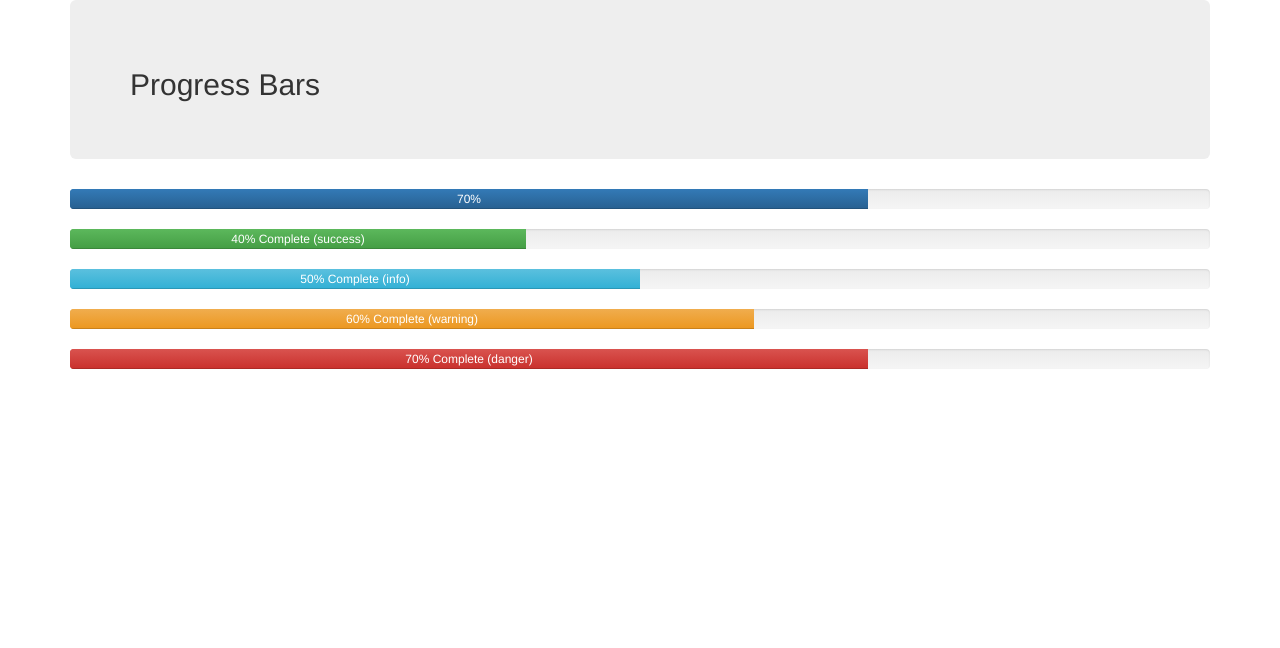
Repository: jksfoTemp/html-css-js
Page: -HTML5/bootstrap/progressbars.html
The author's editor kept a record of every edit. The page is drawn from the files as they stood at one moment, then again after the next edit.
The browser window is 1280 px wide. The pictures show the whole page.
Some web libraries are served in a nearby version.

Above is the page before.

### -HTML5/bootstrap/progressbars.html
<!DOCTYPE html>
<html lang="en">

<head>
    <title>Bootstrap - Progress Bars</title>
    <meta charset="utf-8">
    <meta name="viewport" content="width=device-width, initial-scale=1">

    <!-- <link rel="stylesheet" href="http://reset5.googlecode.com/hg/reset.min.css"> -->

    <!-- Latest compiled and minified CSS -->
    <link rel="stylesheet" href="https://maxcdn.bootstrapcdn.com/bootstrap/3.3.2/css/bootstrap.min.css">

    <!-- Optional theme -->
    <link rel="stylesheet" href="https://maxcdn.bootstrapcdn.com/bootstrap/3.3.2/css/bootstrap-theme.min.css">

    <script src="https://code.jquery.com/jquery-2.1.3.min.js"></script>

    <!-- Latest compiled and minified JavaScript -->
    <script src="https://maxcdn.bootstrapcdn.com/bootstrap/3.3.2/js/bootstrap.min.js">
    </script>

</head>

<body>
    <div class="container">
        <div class="jumbotron ">
            <h2>Progress Bars</h2>
        </div>

        <div class="progress">
            <div class="progress-bar" role="progressbar" aria-valuenow="70"
            aria-valuemin="0" aria-valuemax="100" style="width:70%">
            70%
            </div>
        </div>
        <div class="progress">
            <div class="progress-bar progress-bar-success" role="progressbar" aria-valuenow="40" aria-valuemin="0" aria-valuemax="100" style="width:40%">
                40% Complete (success)
            </div>
        </div>

        <div class="progress">
            <div class="progress-bar progress-bar-info" role="progressbar" aria-valuenow="50" aria-valuemin="0" aria-valuemax="100" style="width:50%">
                50% Complete (info)
            </div>
        </div>

        <div class="progress">
            <div class="progress-bar progress-bar-warning" role="progressbar" aria-valuenow="60" aria-valuemin="0" aria-valuemax="100" style="width:60%">
                60% Complete (warning)
            </div>
        </div>

        <div class="progress">
            <div class="progress-bar progress-bar-danger" role="progressbar" aria-valuenow="70" aria-valuemin="0" aria-valuemax="100" style="width:70%">
                70% Complete (danger)
            </div>
        </div>
    </div>
</body>

</html>

After the next edit:
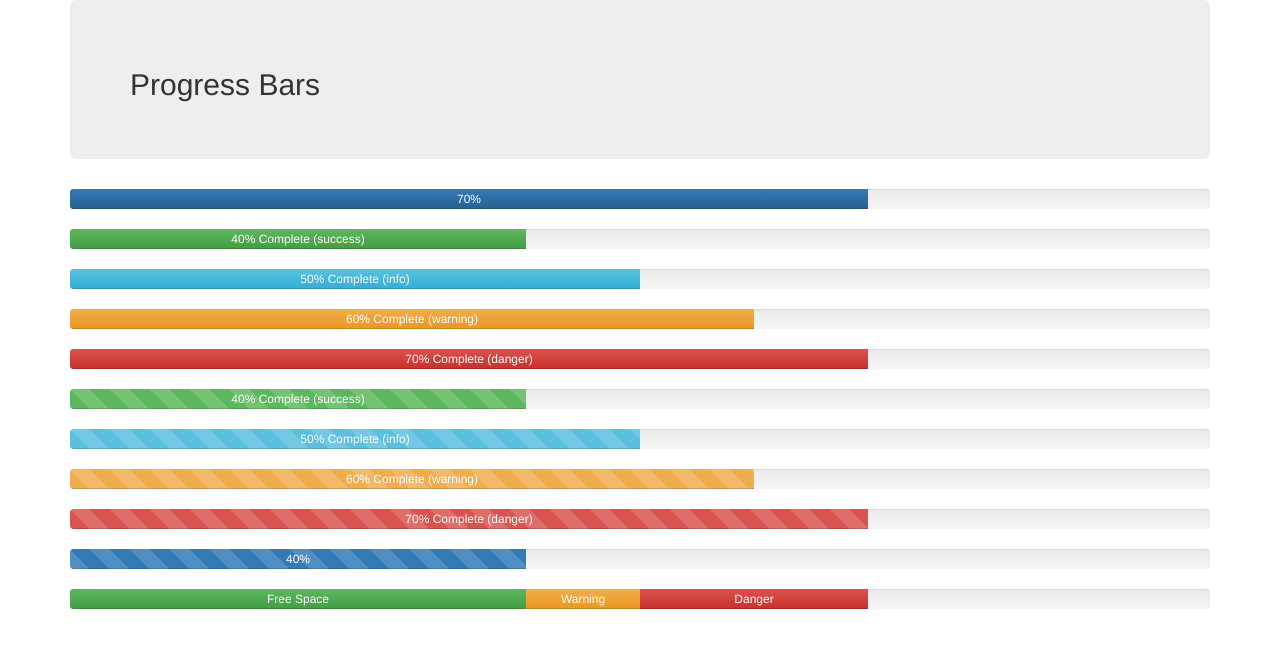
The edit:
--- a/-HTML5/bootstrap/progressbars.html
+++ b/-HTML5/bootstrap/progressbars.html
@@ -29,9 +29,8 @@
         </div>
 
         <div class="progress">
-            <div class="progress-bar" role="progressbar" aria-valuenow="70"
-            aria-valuemin="0" aria-valuemax="100" style="width:70%">
-            70%
+            <div class="progress-bar" role="progressbar" aria-valuenow="70" aria-valuemin="0" aria-valuemax="100" style="width:70%">
+                70%
             </div>
         </div>
         <div class="progress">
@@ -57,6 +56,46 @@
                 70% Complete (danger)
             </div>
         </div>
+
+        <div class="progress">
+            <div class="progress-bar progress-bar-success progress-bar-striped" role="progressbar" aria-valuenow="40" aria-valuemin="0" aria-valuemax="100" style="width:40%">
+                40% Complete (success)
+            </div>
+        </div>
+
+        <div class="progress">
+            <div class="progress-bar progress-bar-info progress-bar-striped" role="progressbar" aria-valuenow="50" aria-valuemin="0" aria-valuemax="100" style="width:50%">
+                50% Complete (info)
+            </div>
+        </div>
+
+        <div class="progress">
+            <div class="progress-bar progress-bar-warning progress-bar-striped" role="progressbar" aria-valuenow="60" aria-valuemin="0" aria-valuemax="100" style="width:60%">
+                60% Complete (warning)
+            </div>
+        </div>
+
+        <div class="progress">
+            <div class="progress-bar progress-bar-danger progress-bar-striped" role="progressbar" aria-valuenow="70" aria-valuemin="0" aria-valuemax="100" style="width:70%">
+                70% Complete (danger)
+            </div>
+        </div>
+        <div class="progress">
+            <div class="progress-bar progress-bar-striped active" role="progressbar" aria-valuenow="40" aria-valuemin="0" aria-valuemax="100" style="width:40%">
+                40%
+            </div>
+        </div>
+        <div class="progress">
+            <div class="progress-bar progress-bar-success" role="progressbar" style="width:40%">
+                Free Space
+            </div>
+            <div class="progress-bar progress-bar-warning" role="progressbar" style="width:10%">
+                Warning
+            </div>
+            <div class="progress-bar progress-bar-danger" role="progressbar" style="width:20%">
+                Danger
+            </div>
+        </div>
     </div>
 </body>
 
